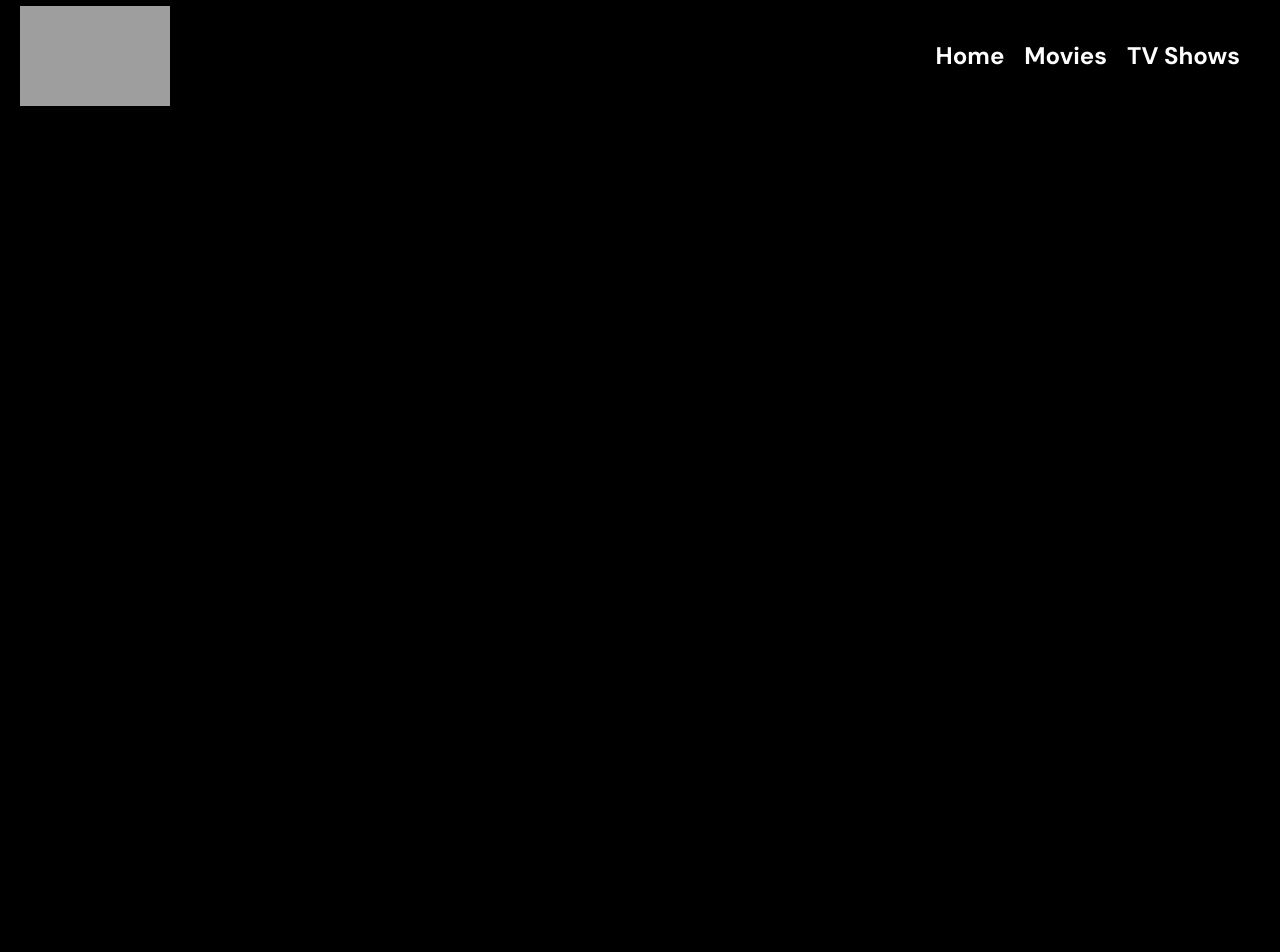
Repository: quynguyenn97/react-movie-app
Page: /
The author's editor kept a copy of each file at every save. The page is drawn from the files as they stood at one save, then again after the next save.
The browser window is 1280 px wide. The pictures show the part of the page from y = 0 to 952 px (the page is 1996 px tall before and 1988 px after).
Pictures or frames that could not be fetched are drawn as grey boxes. The page's requests for data from a server got no answer. The project was rebuilt for these pictures with package versions that can differ from the ones it lists, and the page was loaded fresh each time. No one was signed in, and anything a server would have sent is missing. Also part of the build but not shown: src/components/button/Button.js, src/hook/useDebounce.js, src/components/shows/ShowsCard.js, src/pages/ShowPage.js, src/pages/ShowDetailPage.js.

Above is the page before, as saved 2022-10-13 15:02:54.

### public/index.html
<!DOCTYPE html>
<html lang="en">
    <head>
        <meta charset="utf-8" />
        <link rel="icon" href="%PUBLIC_URL%/favicon.ico" />
        <meta name="viewport" content="width=device-width, initial-scale=1" />
        <meta name="theme-color" content="#000000" />
        <meta
            name="description"
            content="Web site created using create-react-app" />
        <link rel="apple-touch-icon" href="%PUBLIC_URL%/logo192.png" />
        <!--
      manifest.json provides metadata used when your web app is installed on a
      user's mobile device or desktop. See https://developers.google.com/web/fundamentals/web-app-manifest/
    -->
        <link rel="manifest" href="%PUBLIC_URL%/manifest.json" />
        <!--
      Notice the use of %PUBLIC_URL% in the tags above.
      It will be replaced with the URL of the `public` folder during the build.
      Only files inside the `public` folder can be referenced from the HTML.

      Unlike "/favicon.ico" or "favicon.ico", "%PUBLIC_URL%/favicon.ico" will
      work correctly both with client-side routing and a non-root public URL.
      Learn how to configure a non-root public URL by running `npm run build`.
    -->
        <link rel="preconnect" href="https://fonts.googleapis.com" />
        <link rel="preconnect" href="https://fonts.gstatic.com" crossorigin />
        <link
            href="https://fonts.googleapis.com/css2?family=DM+Sans:wght@400;500;700&display=swap"
            rel="stylesheet" />
        <title>React App</title>
    </head>
    <body>
        <noscript>You need to enable JavaScript to run this app.</noscript>
        <div id="root"></div>
        <!--
      This HTML file is a template.
      If you open it directly in the browser, you will see an empty page.

      You can add webfonts, meta tags, or analytics to this file.
      The build step will place the bundled scripts into the <body> tag.

      To begin the development, run `npm start` or `yarn start`.
      To create a production bundle, use `npm run build` or `yarn build`.
    --></body>
</html>

### src/index.js
import React from "react";
import ReactDOM from "react-dom/client";
import "./index.scss";
import App from "./App";
import reportWebVitals from "./reportWebVitals";
import { BrowserRouter } from "react-router-dom";

const root = ReactDOM.createRoot(document.getElementById("root"));
root.render(
    <BrowserRouter>
        <React.StrictMode>
            <App />
        </React.StrictMode>
    </BrowserRouter>
);

// If you want to start measuring performance in your app, pass a function
// to log results (for example: reportWebVitals(console.log))
// or send to an analytics endpoint. Learn more: https://bit.ly/CRA-vitals
reportWebVitals();

### src/index.scss
@tailwind base;
@tailwind components;
@tailwind utilities;

@layer base {
    body {
        @apply bg-black font-body px-5 text-white;
    }
}
@layer components {
    .page-container {
        max-width: 1280px;
        @apply mx-auto;
    }
    .movie-list .swiper-slide {
        width: 300px;
        height: auto;
    }
    .banner .swiper {
        height: 100%;
    }
    .btn {
        box-shadow: 0 0 6px 6px rgba(#fc2872, 0.3);
    }
    .btn-custom {
        background: linear-gradient(107.61deg, #00a7b4 15.59%, #a4d96c 87.25%);
        border-radius: 8px;
        box-shadow: 0 0 6px 6px rgba(#a4d96c, 0.3);
    }
    .contact :hover {
        color: #a4d96c;
    }
}
.pagination {
    display: flex;
    align-items: center;
    justify-content: center;
    gap: 20px;
    .selected {
        @apply text-primary;
    }
}
.skeleton {
    background-color: #eee;
    background-image: linear-gradient(
        110deg,
        #ececec 8%,
        #f5f5f5 18%,
        #ececec 33%
    );
    background-size: 200% 100%;
    animation: 1.5s shine linear infinite;
}
@keyframes shine {
    to {
        background-position-x: -200%;
    }
}

### src/App.js
import { Fragment, lazy, Suspense } from "react";
import Banner from "./banner/Banner";
import "swiper/scss";
import "swiper/css/autoplay";
import { Route, Routes } from "react-router-dom";
import Main from "./layout/Main";
import ShowPage from "./pages/ShowPage";
import ShowDetailsPage from "./pages/ShowDetailPage";
const HomePage = lazy(() => import("./pages/HomePage"));
const MovieDetailsPage = lazy(() => import("./pages/MovieDetailsPage"));
const MoviePage = lazy(() => import("./pages/MoviePage"));

function App() {
    return (
        <Fragment>
            <Suspense fallback={<></>}>
                <Routes>
                    <Route element={<Main></Main>}>
                        <Route
                            path="/"
                            element={
                                <>
                                    <Banner></Banner>
                                    <HomePage></HomePage>
                                </>
                            }></Route>
                        <Route
                            path="/movies"
                            element={<MoviePage></MoviePage>}></Route>
                        <Route
                            path="/movie/:movieId"
                            element={
                                <MovieDetailsPage></MovieDetailsPage>
                            }></Route>
                        <Route
                            path="/shows"
                            element={<ShowPage></ShowPage>}></Route>
                        <Route
                            path="/show/:showId"
                            element={
                                <ShowDetailsPage></ShowDetailsPage>
                            }></Route>
                    </Route>
                </Routes>
            </Suspense>
        </Fragment>
    );
}

export default App;

### src/banner/Banner.js
import React from "react";
import useSWR from "swr";
import { fetcher } from "../config";
import { SwiperSlide, Swiper } from "swiper/react";
import { useNavigate } from "react-router-dom";
import Button from "../components/button/Button";
import { tmdbAPI } from "../config";

const Banner = () => {
    const { data } = useSWR(tmdbAPI.getMovieList("upcoming"), fetcher);
    const movies = data?.results || [];
    return (
        <section className="banner h-[800px] page-container mb-10">
            <Swiper
                grabCursor={"true"}
                spaceBetween={40}
                slidesPerView={"auto"}>
                {movies &&
                    movies.length > 0 &&
                    movies.map((item, index) => {
                        return (
                            <SwiperSlide key={`index-${index}`}>
                                <BannerItem item={item}></BannerItem>
                            </SwiperSlide>
                        );
                    })}
            </Swiper>
        </section>
    );
};
function BannerItem({ item }) {
    const navigate = useNavigate();

    return (
        <div className="w-full h-full rounded-3xl relative flex">
            <div className="overlay absolute inset-0 bg-gradient-to-t from-[rgba(0,0,0,0.8)] to-[rgba(0,0,0,0.8)] rounded-lg"></div>
            <img
                src={tmdbAPI.imageOriginal(item.poster_path)}
                alt=""
                className="w-full h-full object-cover rounded-lg "
            />
            <>
                <div className="w-[400px] h-[600px] absolute right-[10%] top-[10%] rounded-3xl z-10">
                    <img
                        className="w-full h-full object-cover rounded-3xl"
                        alt=""
                        src={tmdbAPI.imageOriginal(item.backdrop_path)}
                    />
                </div>
                <div className="absolute left-5 top-[30%] w-[700px] text-white">
                    <h2 className="font-bold text-6xl mb-5">{item.title}</h2>
                    <p className="text-xl mb-5">{item.overview}</p>
                    <div className="flex items-center gap-x-3">
                        <Button
                            onClick={() => navigate(`/movie/${item.id}`)}
                            className="btn"
                            bgColor="bg-primary">
                            Watch now
                        </Button>
                    </div>
                </div>
            </>
        </div>
    );
}
export default Banner;

### src/layout/Main.js
import React, { Fragment } from "react";
import Header from "./Header";
import { Outlet } from "react-router-dom";
const Main = () => {
    return (
        <Fragment>
            <Header></Header>
            <Outlet></Outlet>
        </Fragment>
    );
};

export default Main;

### src/pages/HomePage.js
import React, { Fragment } from "react";
import MovieList from "../components/movie/MovieList";
import ShowsList from "../components/shows/ShowsList";
import Footer from "../layout/Footer";
const HomePage = () => {
    return (
        <Fragment>
            <section className="movies-layout page-container pb-20">
                <h2 className="text-primary capitalize mb-5 text-3xl font-bold">
                    Now playing
                </h2>
                <MovieList></MovieList>
                <div className="movie-list grid grid-cols-4 gap-10"></div>
            </section>
            <section className="movies-layout page-container pb-20">
                <h2 className="text-primary capitalize mb-5 text-3xl font-bold">
                    Top Rated
                </h2>
                <MovieList type="top_rated"></MovieList>
            </section>
            <section className="movies-layout page-container pb-20">
                <h2 className="text-primary capitalize mb-5 text-3xl font-bold">
                    Trending
                </h2>
                <MovieList type="popular"></MovieList>
            </section>
            <section className="movies-layout page-container pb-20">
                <h2 className="text-[#88d13a] capitalize mb-5 text-3xl font-bold">
                    TV Shows
                </h2>
                <ShowsList type="popular"></ShowsList>
            </section>
            <Footer />
        </Fragment>
    );
};

export default HomePage;

### src/config.js
export const fetcher = (...args) => fetch(...args).then((res) => res.json());
export const apiKey = "5b6bd71d2eb24fb649d55629a64802ff";
const tmdbEndpoint = "https://api.themoviedb.org/3/movie";
const tmdbEndpointTV = "https://api.themoviedb.org/3/tv";
const tmdbEndpointSearch = "https://api.themoviedb.org/3/search/movie";
const tmdbEndpointSearchTV = "https://api.themoviedb.org/3/search/tv";
export const tmdbAPI = {
    getMovieList: (type, page = 2) =>
        `${tmdbEndpoint}/${type}?api_key=${apiKey}&page=${page}`,
    getMovieDetails: (movieId) =>
        `${tmdbEndpoint}/${movieId}?api_key=${apiKey}`,
    getMovieMeta: (movieId, type) =>
        `${tmdbEndpoint}/${movieId}/${type}?api_key=${apiKey}`,
    getMovieSearch: (query, page) =>
        `${tmdbEndpointSearch}?api_key=${apiKey}&query=${query}&page=${page}`,
    getTVList: (type, page = 1) =>
        `${tmdbEndpointTV}/${type}?api_key=${apiKey}&page=${page}`,
    getTVSearch: (query, page) =>
        `${tmdbEndpointSearchTV}?api_key=${apiKey}&query=${query}&page=${page}`,
    getTVDetails: (showId) => `${tmdbEndpointTV}/${showId}?api_key=${apiKey}`,
    getTVMeta: (showId, type) =>
        `${tmdbEndpointTV}/${showId}/${type}?api_key=${apiKey}`,

    imageOriginal: (url) => `https://image.tmdb.org/t/p/original/${url}`,
    image500: (url) => `https://image.tmdb.org/t/p/w500/${url}`,
};

### src/layout/Header.js
import React from "react";
import { NavLink } from "react-router-dom";

const Header = () => {
    return (
        <header>
            <div className="flex items-center justify-between page-container">
                <div className="w-[150px] h-[100px] ">
                    <img
                        src="https://i0.wp.com/www.downloadfonts.io/wp-content/uploads/2021/09/Netflix-Logo-Font.png?fit=1024%2C581&ssl=1"
                        alt=""
                        className="object-cover w-full h-full"
                    />
                </div>
                <div className="header flex items-center justify-end mr-5 gap-x-5 text-white py-10  text-2xl font-bold">
                    <NavLink
                        to="/"
                        className={({ isActive }) =>
                            isActive ? "text-white" : ""
                        }>
                        Home
                    </NavLink>
                    <NavLink
                        to="/movies"
                        className={({ isActive }) =>
                            isActive ? "text-primary" : ""
                        }>
                        Movies
                    </NavLink>
                    <NavLink
                        to="/shows"
                        className={({ isActive }) =>
                            isActive ? "text-[#52851b]" : ""
                        }>
                        TV Shows
                    </NavLink>
                </div>
            </div>
        </header>
    );
};

export default Header;

### src/components/movie/MovieList.js
import React, { useEffect, useState } from "react";
import { SwiperSlide, Swiper } from "swiper/react";
import useSWR from "swr";
import { fetcher } from "../../config";
import MovieCard, { MovieCardSkeleton } from "./MovieCard";
import { tmdbAPI } from "../../config";

const MovieList = ({ type = "now_playing" }) => {
    const { data, error } = useSWR(tmdbAPI.getMovieList(type), fetcher);
    const isLoading = !data && !error;
    const movie = data?.results || [];
    return (
        <div className="movie-list">
            {isLoading && (
                <>
                    <Swiper
                        grabCursor={"true"}
                        spaceBetween={40}
                        slidesPerView={"auto"}>
                        <SwiperSlide>
                            <MovieCardSkeleton></MovieCardSkeleton>
                        </SwiperSlide>
                        <SwiperSlide>
                            <MovieCardSkeleton></MovieCardSkeleton>
                        </SwiperSlide>
                        <SwiperSlide>
                            <MovieCardSkeleton></MovieCardSkeleton>
                        </SwiperSlide>
                        <SwiperSlide>
                            <MovieCardSkeleton></MovieCardSkeleton>
                        </SwiperSlide>
                        <SwiperSlide>
                            <MovieCardSkeleton></MovieCardSkeleton>
                        </SwiperSlide>
                    </Swiper>
                </>
            )}
            {!isLoading && (
                <Swiper
                    grabCursor={"true"}
                    spaceBetween={40}
                    slidesPerView={"auto"}>
                    {movie &&
                        movie.length > 0 &&
                        movie.map((item) => {
                            return (
                                <SwiperSlide key={`movie-${item.id}`}>
                                    <MovieCard item={item}></MovieCard>
                                </SwiperSlide>
                            );
                        })}
                </Swiper>
            )}
        </div>
    );
};

export default MovieList;

### src/components/shows/ShowsList.js
import React from "react";
import { SwiperSlide, Swiper } from "swiper/react";
import useSWR from "swr";
import { fetcher } from "../../config";
import { MovieCardSkeleton } from "../movie/MovieCard";
import { tmdbAPI } from "../../config";
import ShowsCard from "./ShowsCard";

const ShowList = ({ type = "top_rated" }) => {
    const { data, error } = useSWR(tmdbAPI.getTVList(type), fetcher);
    const isLoading = !data && !error;
    const show = data?.results || [];
    return (
        <div className="movie-list">
            {isLoading && (
                <>
                    <Swiper
                        grabCursor={"true"}
                        spaceBetween={40}
                        slidesPerView={"auto"}>
                        <SwiperSlide>
                            <MovieCardSkeleton></MovieCardSkeleton>
                        </SwiperSlide>
                        <SwiperSlide>
                            <MovieCardSkeleton></MovieCardSkeleton>
                        </SwiperSlide>
                        <SwiperSlide>
                            <MovieCardSkeleton></MovieCardSkeleton>
                        </SwiperSlide>
                        <SwiperSlide>
                            <MovieCardSkeleton></MovieCardSkeleton>
                        </SwiperSlide>
                        <SwiperSlide>
                            <MovieCardSkeleton></MovieCardSkeleton>
                        </SwiperSlide>
                    </Swiper>
                </>
            )}
            {!isLoading && (
                <Swiper
                    grabCursor={"true"}
                    spaceBetween={40}
                    slidesPerView={"auto"}>
                    {show &&
                        show.length > 0 &&
                        show.map((item) => {
                            return (
                                <SwiperSlide key={`movie-${item.id}`}>
                                    <ShowsCard item={item}></ShowsCard>
                                </SwiperSlide>
                            );
                        })}
                </Swiper>
            )}
        </div>
    );
};

export default ShowList;

### src/layout/Footer.js
import React from "react";

const Footer = () => {
    return (
        <div className="w-full h-[500px] relative page-container">
            <img
                src="https://movie-clone-sigma.vercel.app/static/media/footer-bg.67e95f05e76a8cebf7e2.jpg"
                alt=""
                className="object-cover h-[500px] w-full absolute"
            />
            <h3 className="text-[#fc2872] absolute text-2xl font-bold bottom-[45%] left-[45%] contact">
                <a href="https://www.facebook.com/nguyenhoangtrongquy/">
                    Contact Me
                </a>
            </h3>
        </div>
    );
};

export default Footer;

### src/components/loading/LoadingSkeleton.js
import React from "react";

const LoadingSkeleton = (props) => {
    return (
        <div
            className={`skeleton ${props.className}`}
            style={{
                height: props.height,
                width: props.width || "100%",
                borderRadius: props.radius,
            }}></div>
    );
};

export default LoadingSkeleton;

### tailwind.config.js
/** @type {import('tailwindcss').Config} */
module.exports = {
    content: ["./src/**/*.{js,jsx,ts,tsx}"],
    theme: {
        extend: {
            fontFamily: {
                body: ["DM sans", "sans-serif"],
            },
            colors: {
                primary: "#FC2872",
                secondary: "#6F5CF1",
            },
        },
    },
    plugins: [],
};

Loaded but not shown: src/reportWebVitals.js (common file); src/components/movie/MovieCard.js (87 lines, source omitted)

After the next save:
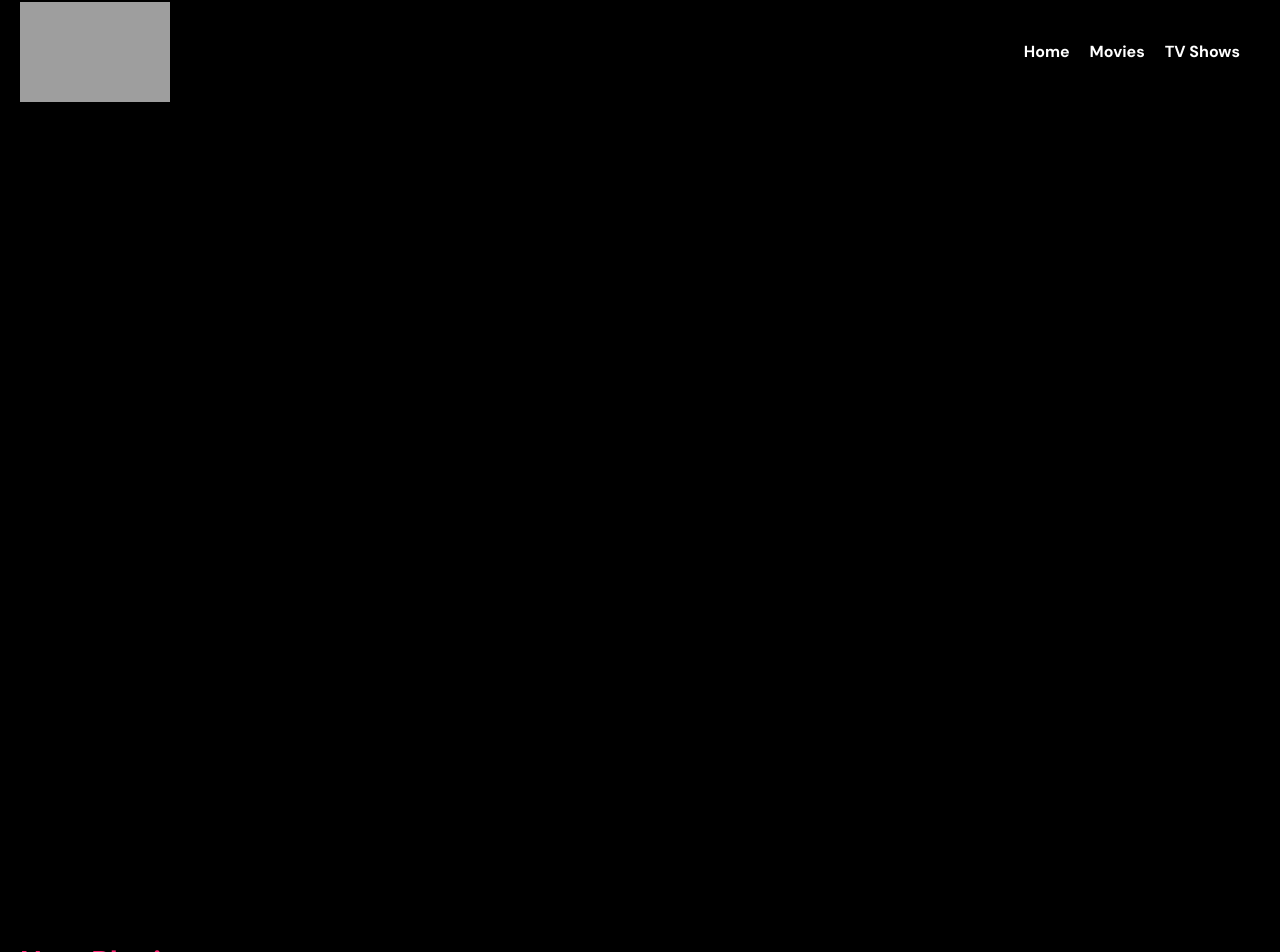
Saved 41 h 16 min later.
--- a/src/layout/Header.js
+++ b/src/layout/Header.js
@@ -12,7 +12,7 @@ const Header = () => {
                         className="object-cover w-full h-full"
                     />
                 </div>
-                <div className="header flex items-center justify-end mr-5 gap-x-5 text-white py-10  text-2xl font-bold">
+                <div className="header flex items-center justify-end mr-5 gap-x-5 text-white py-10  text-md-2xl font-bold">
                     <NavLink
                         to="/"
                         className={({ isActive }) =>
